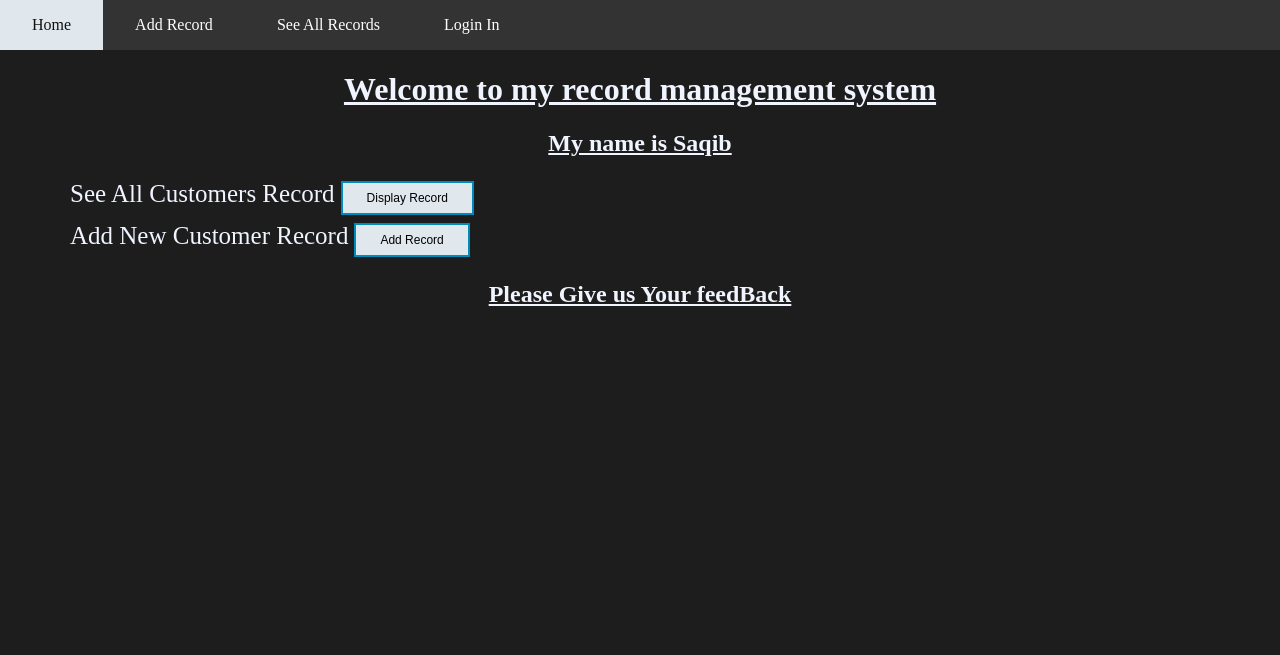
Repository: MUHAMMAD-SAQIB-2000/SpringBoot
Page: http://localhost/WebServiceRecordManagementSystem/home.jsp
These files come from the project's save history. The page is drawn as it stood at one moment and after the next save; the edit follows.
The browser window is 1280 px wide. The pictures show the whole page.
The page is served by Tomcat 9. Other server files are loaded and not shown.

Above is the page before, as saved 2020-08-12 16:17:16.

### WebServiceRecordManagementSystem/src/main/webapp/home.jsp
<%@ page language="java" contentType="text/html; charset=ISO-8859-1"
	pageEncoding="ISO-8859-1"%>
<!DOCTYPE html>
<html>
<head>
<meta charset="ISO-8859-1">
<title>Record Management System</title>
<link rel="stylesheet" href="style.css">
</head>
<body>
	<div>
		<ul>
			<li><a class="active" onclick="window.location.href = '${pageContext.request.contextPath}/home'">Home</a></li>
			<li><a onclick="window.location.href = '${pageContext.request.contextPath}/addCustomerForm'">Add Record</a></li>
			<li><a onclick="window.location.href = '${pageContext.request.contextPath}/displayAllCustomers'">See All Records</a></li>
			<li><a href="#about">Login In</a></li>
		</ul>
	</div>

	<div class="mainBody">

		<h1 class="h">Welcome to my record management system</h1>
		<h2 class="h">My name is Saqib</h2>
		<div class="form">
			<label class="title">See All Customers Record</label>
			<button class="button button2"
				onclick="window.location.href = 'displayAllCustomers' ">Display
				Record</button>
			<br> <label class="title">Add New Customer Record</label>
			<button class="button button2"
				onclick="window.location.href = 'addCustomerForm' ">Add
				Record</button>
		</div>
		<h2 class="h">Please Give us Your feedBack</h2>
	</div>

</body>
</html>

### WebServiceRecordManagementSystem/src/main/webapp/style.css
@charset "ISO-8859-1";

body {
	margin: 0px;
	padding: 0px;
	background-color:#1d1d1d;
}

ul {
	list-style-type: none;
	margin: 0;
	padding: 0;
	overflow: hidden;
	background-color: #333;
	position: fixed;
	top: 0;
	width: 100%;
}

li {
	float: left;
}

li a {
	display: block;
	color: white;
	text-align: center;
	padding: 16px 32px;
	text-decoration: none;
	font-size:16px;
}

li a:hover {
	background-color: #E1E8ED;
	color:#111;
}

.active {
	background-color:#008CBA;
	color:#fff;
	transition-duration: 0.4s;
	cursor: pointer;
}
.mainBody{
	padding: 20px 20px;
	margin-top:30px;
}

.h {
	color: #eff4ff;
	text-align: center;
	text-decoration: underline;
}

table, th, td {
	background-color: #E1E8ED;
	color: #111;
	text-align: center;
	border: 2px solid #008CBA;
	margin: 10px;
	padding: 5px;
}

th:hover, td:hover {
	border: 2px solid #111;
	background-color: #008CBA;
	color: white;
	transition-duration: 0.4s;
	cursor: pointer;
}

.tableCSS {
	background-color: #E1E8ED;
	color: #111;
	margin-top:5%;
	margin-left:20%;
}

.button {
	border: none;
	color: white;
	padding: 8px 24px;
	text-align: center;
	text-decoration: none;
	display: inline-block;
	font-size: 12px;
	margin: 4px 2px;
	transition-duration: 0.4s;
	cursor: pointer;
}

.button2 {
	background-color: #E1E8ED;
	color: black;
	border: 2px solid #008CBA;
}

.button2:hover {
	background-color: #008CBA;
	color: white;
}

.form {
	text-align: left;
	margin-left: 50px;
}

form {
	width: 100%;
	padding: 12px 20px;
	margin: 8px 0;
	box-sizing: border-box;
}

.title {
	font-size: 25px;
	color: #eff4ff;
}
.para{
	font-size: 14px;
	color: #eff4ff;
}
select {
  width: 20%;
  padding: 12px 16px;
  border: none;
  border-radius: 4px;
  background-color: #f1f1f1;
}
.inputForm {
	width: 30%;
	padding: 10px 18px;
	margin: 6px 0;
	box-sizing: border-box;
	background-color: #F7F7F7;
	color: #111;
	border: 2px solid #00aba9;
  	border-radius: 4px;
}
.inputForm:focus {
  border: 3px solid #555;
}
radiobutton {
	size: 10px;
}

option:hover {
	background-color: #008CBA;
	color: white;
}

a {
	text-decoration: none;
	color: #111;
}

a:hover {
	color: #fff;
	font-size: 16px;
}
.foter{
	background-color: #111;
	color:#fff;
	font-size:20px;
}

After the next save:
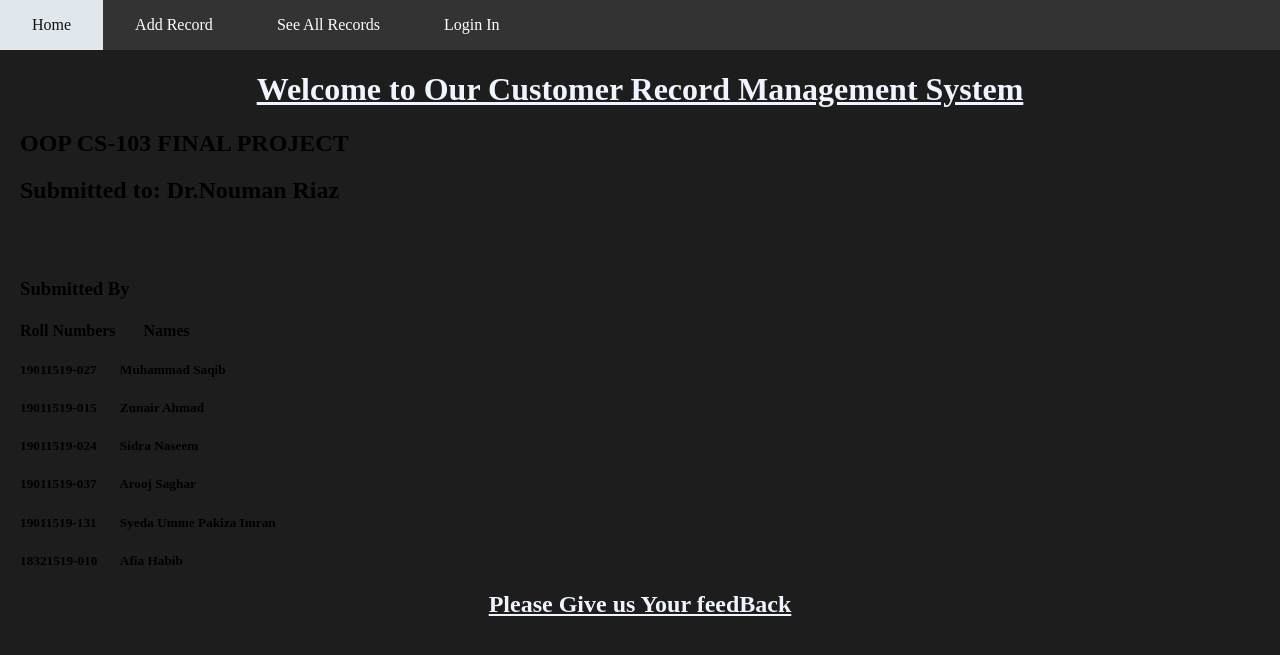
Saved 12 min 5 s later.
--- a/WebServiceRecordManagementSystem/src/main/webapp/home.jsp
+++ b/WebServiceRecordManagementSystem/src/main/webapp/home.jsp
@@ -18,19 +18,18 @@
 	</div>
 
 	<div class="mainBody">
-
-		<h1 class="h">Welcome to my record management system</h1>
-		<h2 class="h">My name is Saqib</h2>
-		<div class="form">
-			<label class="title">See All Customers Record</label>
-			<button class="button button2"
-				onclick="window.location.href = 'displayAllCustomers' ">Display
-				Record</button>
-			<br> <label class="title">Add New Customer Record</label>
-			<button class="button button2"
-				onclick="window.location.href = 'addCustomerForm' ">Add
-				Record</button>
-		</div>
+		<h1 class="h">Welcome to Our Customer Record Management System</h1>
+		<h2>OOP CS-103 FINAL PROJECT</h2>
+		<h2><bold>Submitted to:</bold> Dr.Nouman Riaz </h2>
+		<br><br>
+		<h3>Submitted By </h3>
+		<h4>Roll Numbers &nbsp;&nbsp;&nbsp;&nbsp;&nbsp; Names</h4>
+		<h5>19011519-027 &nbsp;&nbsp;&nbsp;&nbsp;&nbsp; Muhammad Saqib</h5>
+		<h5>19011519-015 &nbsp;&nbsp;&nbsp;&nbsp;&nbsp; Zunair Ahmad</h5>
+		<h5>19011519-024 &nbsp;&nbsp;&nbsp;&nbsp;&nbsp; Sidra Naseem</h5>
+		<h5>19011519-037 &nbsp;&nbsp;&nbsp;&nbsp;&nbsp; Arooj Saghar</h5>
+		<h5>19011519-131 &nbsp;&nbsp;&nbsp;&nbsp;&nbsp; Syeda Umme Pakiza Imran</h5>
+		<h5>18321519-010 &nbsp;&nbsp;&nbsp;&nbsp;&nbsp; Afia Habib</h5>
 		<h2 class="h">Please Give us Your feedBack</h2>
 	</div>
 
